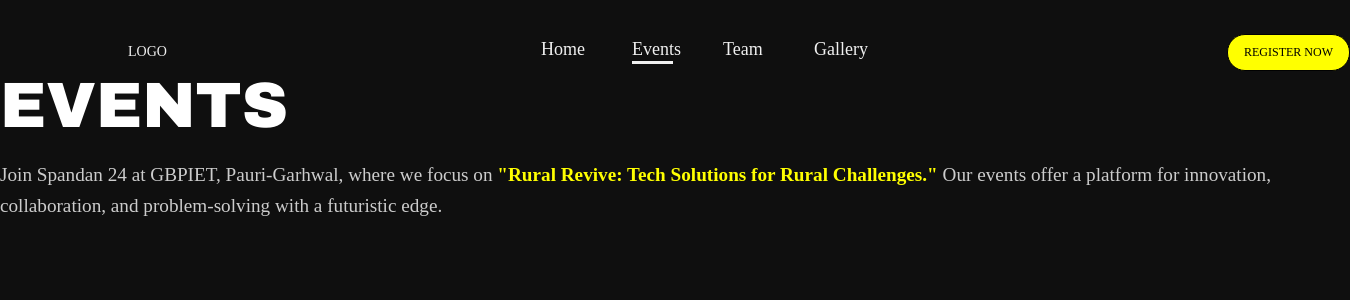
Repository: s4bbi/spandan-3.0
Page: /Events
These files come from the project's save history. The page is drawn as it stood at one moment and after the next save; the edit follows.
The browser window is 1280 px wide. The page is 1350 px wide, so the pictures cover 1350 px, including what lies to the right of the window. The pictures show the whole page.
The project was rebuilt for these pictures with package versions that can differ from the ones it lists, and the page was loaded fresh each time. Also part of the build but not shown: vite.config.js, src/pages/Home/Home.jsx.

Above is the page before, as saved 2024-11-02 02:26:47.

### src/App.jsx
import React from 'react'
import Navbar from './components/Navbar/Navbar'
import { Route, Routes } from 'react-router-dom'
import Home from  './pages/Home/Home'
import Events from  './pages/Events/Events'


const App = () => {
  return (
    <div className='app'>
      <Navbar/>
      { <Routes>
        <Route path="/" element={<Home />} />
        <Route path="Events" element={<Events />} />
      </Routes> }
    </div>
  )
}

export default App

### src/components/Navbar/Navbar.jsx
import React, {useState} from 'react'
import './Navbar.css'
// import {assets} from'../../assets/assets'
const Navbar = () => {

  const [menu,setMenu] = useState("Events");
  return (
    <div className='navbar'>
        <h1 className="logo">LOGO</h1>
        <ul className="navbar-menu">
            <li onClick={()=>setMenu("Home")} className={menu=="Home"?"active":""}>Home</li>
            <li onClick={()=>setMenu("Events")} className={menu=="Events"?"active":""}>Events</li>
            <li onClick={()=>setMenu("Team")} className={menu=="Team"?"active":""}>Team</li>
            <li onClick={()=>setMenu("Gallery")} className={menu=="Gallery"?"active":""}>Gallery</li>
        </ul>


        <button>REGISTER NOW</button>
     </div>

  )
}

export default Navbar

### src/pages/Events/Events.jsx
import React from 'react'
import './Events.css'
import HeroSection from '../../components/HeroSection/HeroSection'

const Events = () => {
  return (
    <div>
      <HeroSection/>
    </div>
  )
}

export default Events

### src/components/Navbar/Navbar.css
.navbar{
    width: 1222px;
    height: 37px;
    margin-top: 34px;
    margin-left: 128px;
    border-radius: 20px 0px 0px 0px;
    display: flex;
    justify-content: space-between;
    align-items: center;
}

.logo{
    width: 41px;
    height: 17px;
    font-family: Gilroy-Light;
    font-size: 14px;
    font-weight: 400;
    line-height: 16.8px;
    text-align: left;
    color:#F0F0F0;
   }

.navbar-menu{
    display:flex;
    list-style:none;
    gap:50px;
    color:#F0F0F0;
    ;
   }

.navbar button{
    background:transparent;
    font-size: 12px;
    background-color:#FFFF00;
    font-family: Gilroy-SemiBold;
    border: 1px solid #010101;
    ;
    padding: 10px 16px 10px 16px;
    border-radius: 18px 18px 18px 18px;
    cursor: pointer;}
    /* transition: 0.3s; */
    /* width: Hug (132px)px; */
 /* height: Hug (37px)px;
top: 34px;
left: 1218px;
padding: 10px 16px 10px 16px;
} */

  .navbar button:hover{
    background-color:#FFFFFF;
    color: #e74c3c;
    }

  /* .navbar .active{
    padding-bottom: 3px;
    border-bottom: 3px solid #49557e;
}   */

.navbar .active {
    padding-bottom: 3px;
    border-bottom: 3px solid #F0F0F0;}
.navbar li{
    cursor: pointer;
    width: 41px;
    height: 17px;
    font-family: Gilroy-SemiBold;
    font-size: 18px;
    font-weight: 400;
    line-height: 17.15px;
    text-align: left;
}

### src/components/HeroSection/HeroSection.jsx
import React from 'react'
import "./HeroSection.css";
// import roboticHandImage from "../assets/eventsHand.webp";




const HeroSection = () => {
  return (
    <div>
      <section className="hero">
      <div className="hero-text">
        <h1 className="hero-title">EVENTS</h1>
        <p className="hero-description">
          Join Spandan 24 at GBPIET, Pauri-Garhwal, where we focus on <span className="highlight">"Rural Revive: Tech Solutions for Rural Challenges."</span> Our events offer a platform for innovation, collaboration, and problem-solving with a futuristic edge.
        </p>
      </div>
      {/* <img src={roboticHandImage} alt="Robotic Hand" className="hero-image" /> */}
    </section>
    </div>
  )
}

export default HeroSection

### src/components/HeroSection/HeroSection.css
.hero {
    display: flex;
    align-items: center;
    justify-content: space-between;
    /* padding-top: 50px;
    max-width: 1200px;
    margin: 192px; */
  }

  .hero-text {
    /* width: 50%; */
    color: white;
    padding-left: ;
  }

  .hero-title {
    font-size: 4em;
    margin: 0;
    font-family: 'Arial Black', sans-serif;
  }

  .hero-description {
    margin-top: 20px;
    font-size: 1.2em;
    line-height: 1.6;
    color: #ccc;
  }

  .highlight {
    color: yellow;
    font-weight: bold;
  }

  .hero-image {
    width: 45%;
    max-width: 500px;
    height: auto;
  }

### public/style.css
*{
    margin:0px;
    padding:0px;
}

body{
    background-color: #0f0f0f;
}

Loaded but not shown: index.html (common file); src/main.jsx (common file); src/pages/Events/Events.css (no stored copy; drawn as an empty file)

After the next save:
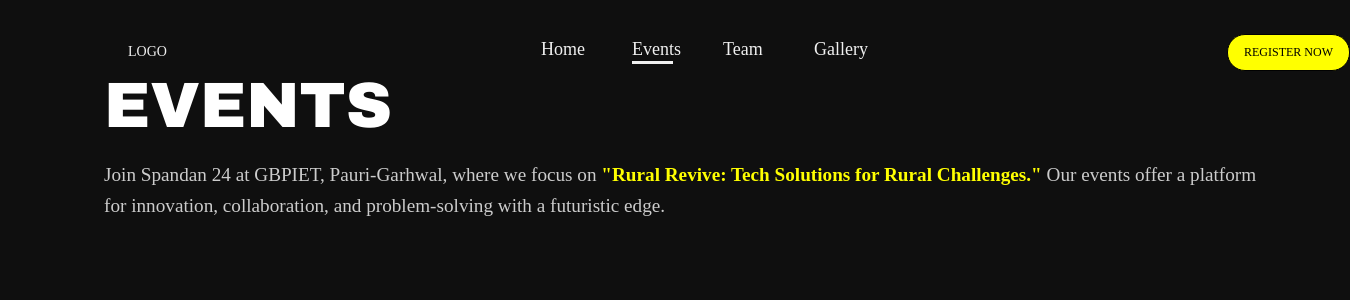
Saved 6 s later.
--- a/src/components/HeroSection/HeroSection.css
+++ b/src/components/HeroSection/HeroSection.css
@@ -10,7 +10,7 @@
   .hero-text {
     /* width: 50%; */
     color: white;
-    padding-left: ;
+    padding-left: 104px;
   }
 
   .hero-title {
